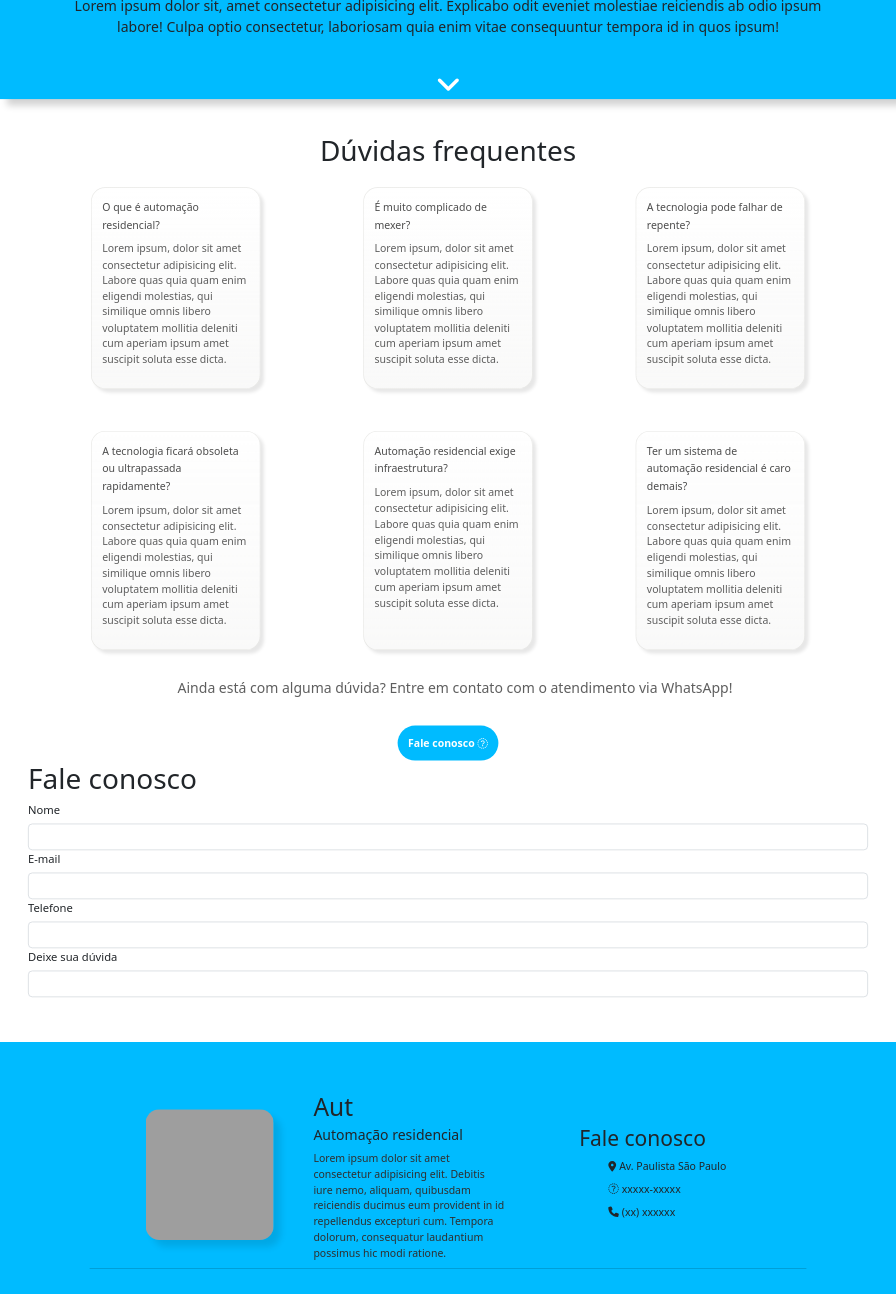
Repository: BulleST/SouHi_Institucional
Page: home.html
The author's editor kept a copy of each file at every save. The page is drawn from the files as they stood at one save, then again after the next save.
The browser window is 1280 px wide. The pictures show the part of the page from y = 1542 to 3462 px (the page is 3390 px tall before and 3462 px after), at 70% of full size.
Pictures or frames that could not be fetched are drawn as grey boxes.

Above is the page before, as saved 2022-10-27 16:48:08.

After the next save:
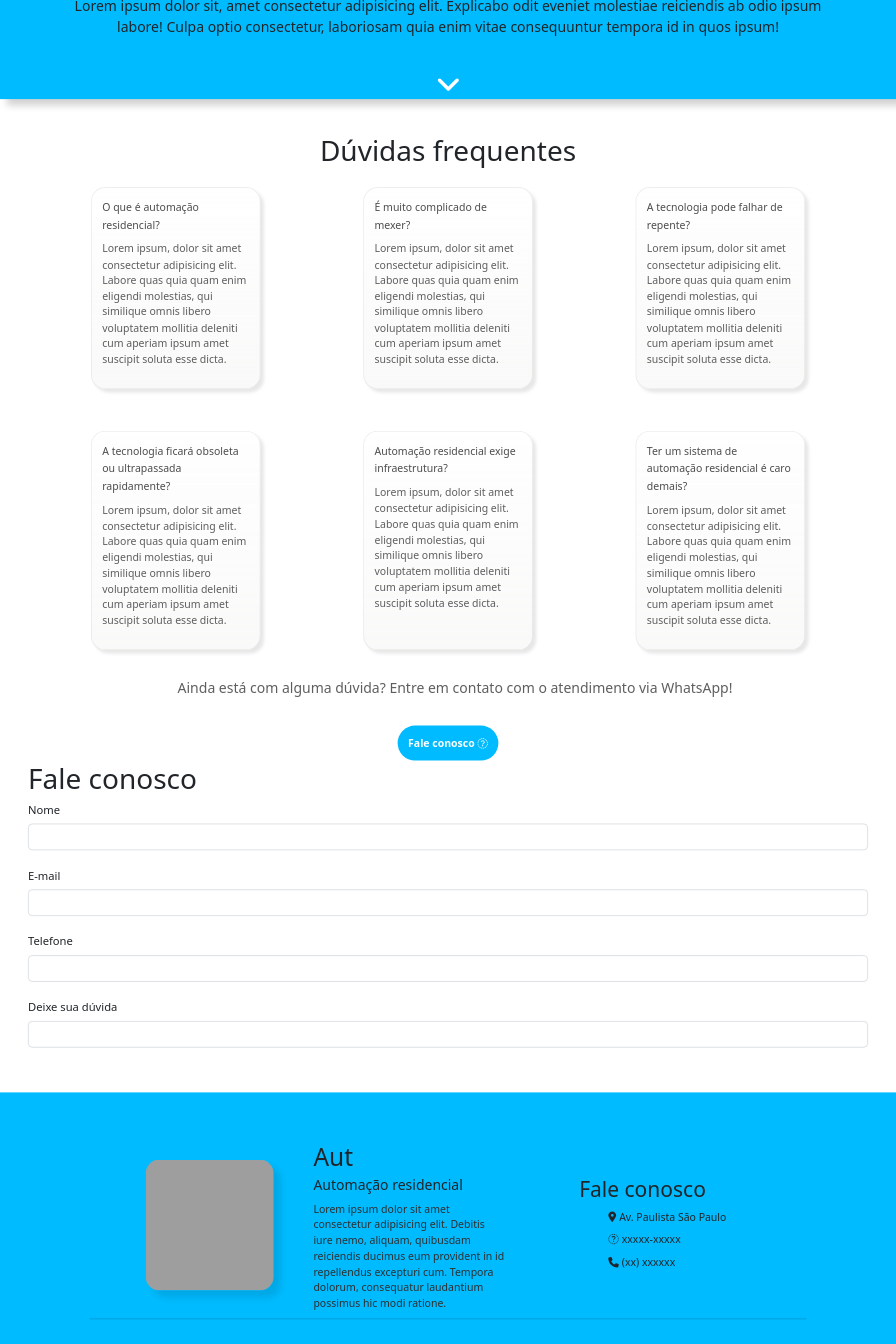
Saved 12 s later.
--- a/home.html
+++ b/home.html
@@ -330,15 +330,15 @@
           <label for="" class="form-label">Nome</label>
           <input type="text" class="form-control" required>
         </form>
-        <form action="" class="form-group">
+        <form action="" class="form-group mt-4">
           <label for="" class="form-label">E-mail</label>
           <input type="text" class="form-control" required>
         </form>
-        <form action="" class="form-group">
+        <form action="" class="form-group mt-4">
           <label for="" class="form-label">Telefone</label>
           <input type="text" class="form-control">
         </form>
-        <form action="" class="form-group">
+        <form action="" class="form-group mt-4">
           <label for="" class="form-label">Deixe sua dúvida</label>
           <input type="textarea" class="form-control">
         </form>
